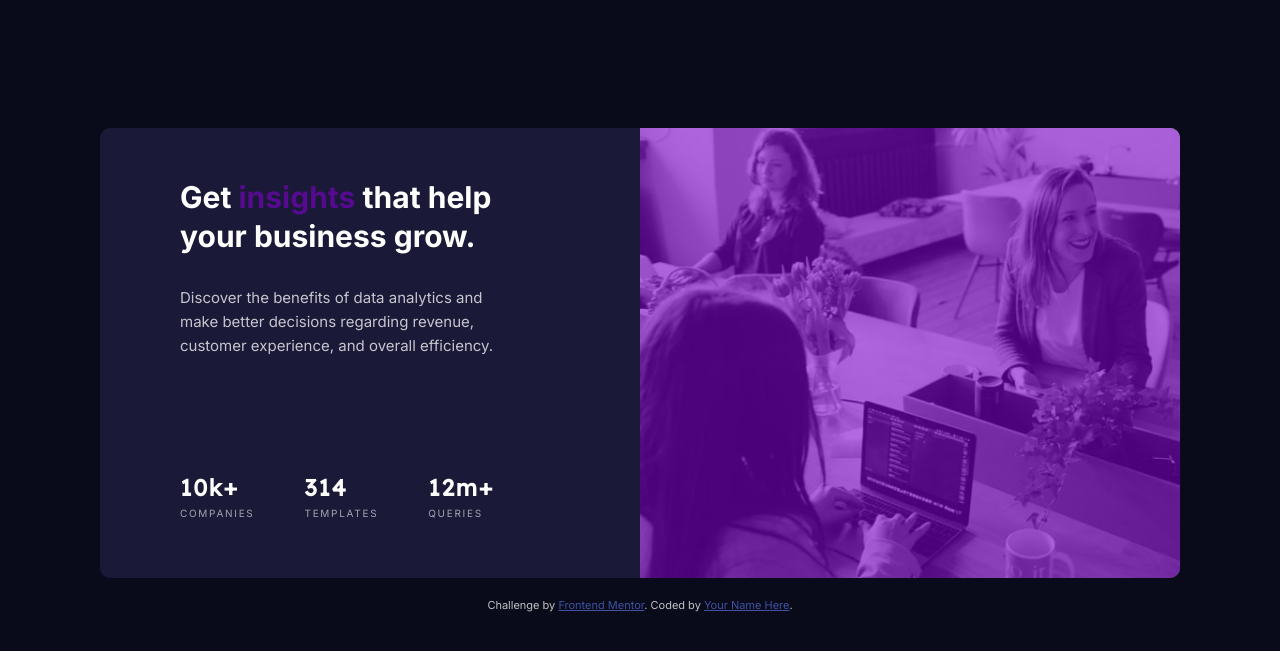
Repository: DejV44/stats-preview-card-component-main
Page: index.html
An editor plug-in stored every save of this project. The page is shown before and after the next save, followed by the edit.
The browser window is 1280 px wide. The pictures show the whole page.
The style sheet was rebuilt from its Sass, Less or Tailwind sources for each picture, by a compiler version that may differ from the author's.

Above is the page before, as saved 2021-07-10 21:30:42.

After the next save:
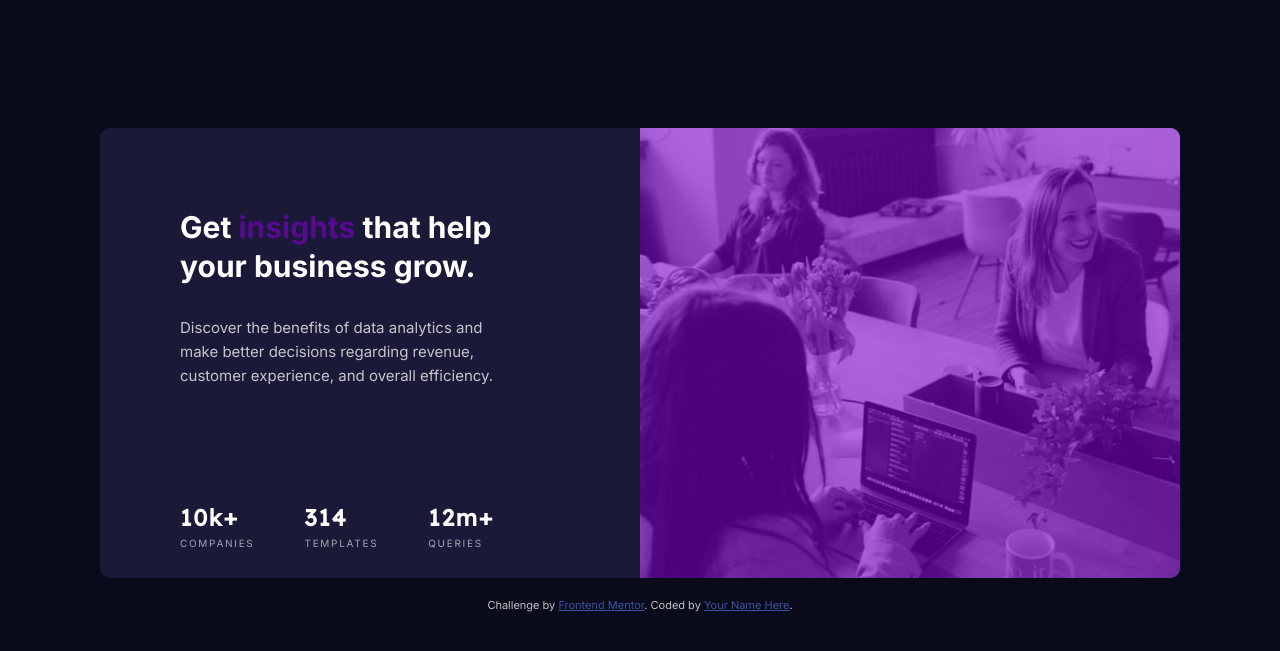
Saved 14 s later.
--- a/css/style.scss
+++ b/css/style.scss
@@ -150,7 +150,7 @@ body {
         }
 
         h1 {
-          padding-top: 50px;
+          padding-top: 80px;
         }
 
         ul {
